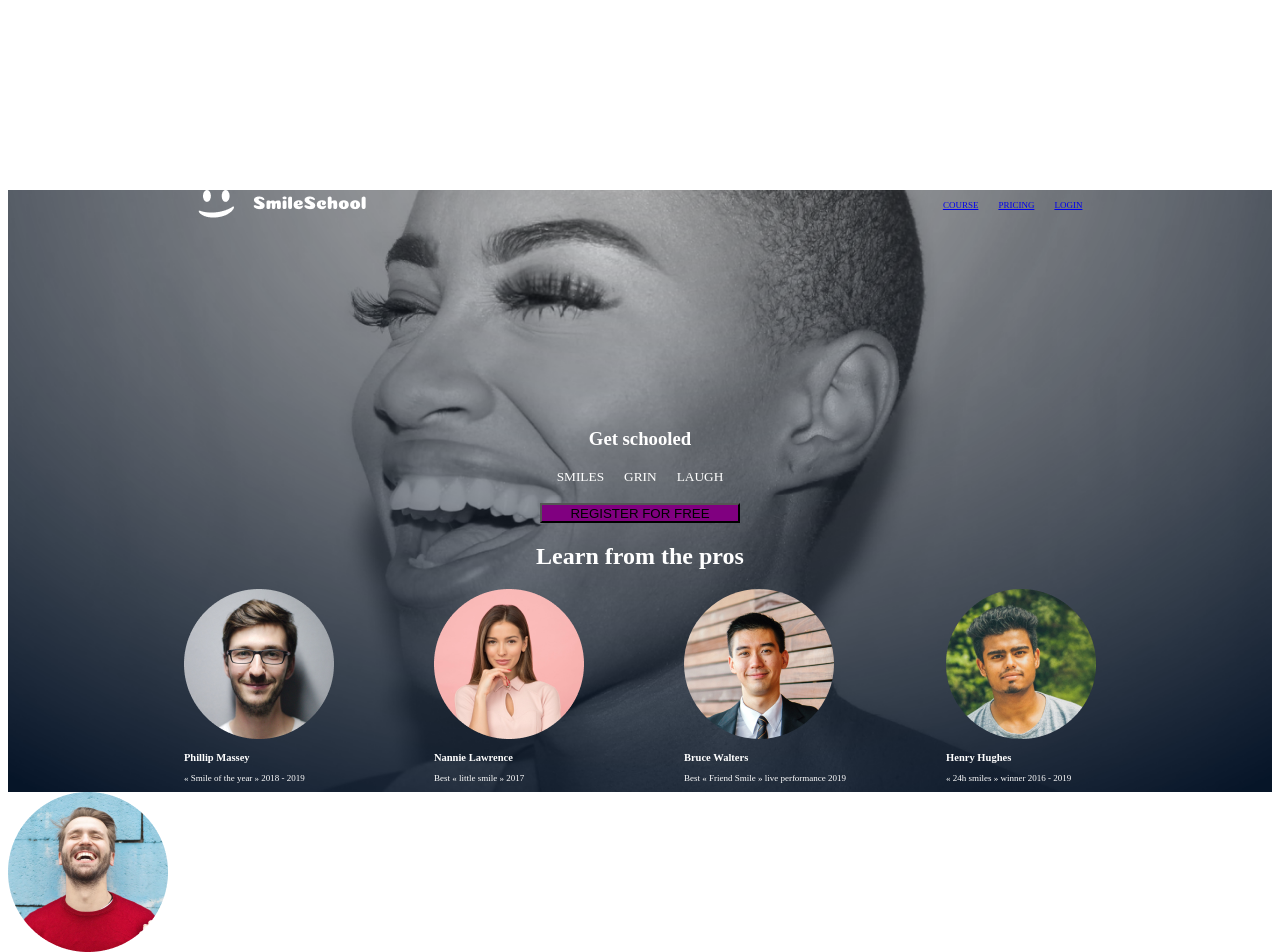
Repository: mwihakiann/alx_html_css
Page: css_advanced/index.html
The author's editor kept a copy of each file at every save. The page is drawn from the files as they stood at one save, then again after the next save.
The browser window is 1280 px wide. The pictures show the part of the page from y = 0 to 952 px (the page is 3642 px tall).
A picture or video elsewhere on the page could not be fetched, so the positions and the page height are approximate. Some web libraries are served in a nearby version.

Above is the page before, as saved 2025-09-28 18:16:50.

### css_advanced/index.html
<!DOCTYPE html>
<html lang="en">
<head>
  <meta charset="UTF-8">
  <meta name="viewport" content="width=device-width, initial-scale=1.0">
  <script src="https://kit.fontawesome.com/4a2b055604.js" crossorigin="anonymous"></script>
  <title>Document</title>
  <link rel="stylesheet" href="styles.css">
</head>
<body>
    <section class="first-page">
  <header>
    <nav>
      <img src="./images/logo.png" alt="logo">
      <ul>
        <li><a href="#">COURSE</a></li>
        <li><a href="#">PRICING</a></li>
        <li><a href="#">LOGIN</a></li>
      </ul>
    </nav>
  </header>

  <main>
    <section>
      <div class="intro">
        <h1>Get schooled</h1>
        <div class="horizontal-stack">
        <span>SMILES</span>
        <span>GRIN</span>
        <span>LAUGH</span>
        </div>
        <br>
        <button class="register">REGISTER FOR FREE</button>
      </div>
      <div class="learn-from-pros">
        <h2>Learn from the pros</h2>
        <div class="pros">
          <div>
            <img src="./images/1.png" alt="">
            <h3>Phillip Massey</h3>
            <p>« Smile of the year » 2018 - 2019</p>
          </div>
          <div>
            <img src="./images/3.png" alt="">
            <h3>Nannie Lawrence</h3>
            <p>Best « little smile » 2017</p>
          </div>
          <div>
            <img src="./images/2.png" alt="" class="bruce">
            <h3>Bruce Walters</h3>
            <p>Best « Friend Smile » live performance 2019</p>
          </div>
          <div>
            <img src="./images/4.png" alt="">
            <h3>Henry Hughes</h3>
            <p>« 24h smiles » winner 2016 - 2019</p>
          </div>
        </div>
      </div>
    </section>
</section>

    <section>
      <div>
        <img src="./images/5.png" alt="image">
      </div>
      <div>
        <blockquote>« Those tutorials are concise and go straight to the point. I can’t think of a better place to learn smiling. And it’s so fun!</blockquote>
        <h3>NAME</h3>
        <p>weather presenter</p>
      </div>
    </section>

    <section>
      <h2>Most popular tutorials</h2>

      <div class="tutorial-card">
        <img src="./images/9.png" alt="Diagonal Smile">
        <img src="./images/play.png" alt="play button" class="play-btn">
        <h3>Diagonal Smile</h3>
        <p>Lorem ipsum dolor sit amet, consect adipiscing elit, sed do eiusmod.</p>
        <div>
          <img src="./images/1 (3).png" alt="">
          <h4>Phillip Massey</h4>
        </div>
        <div>
          <div><i class="fa-solid fa-star"></i></div>
          <div><i class="fa-solid fa-star"></i></div>
          <div><i class="fa-solid fa-star"></i></div>
          <div><i class="fa-solid fa-star"></i></div>
          <div><i class="fa-solid fa-star"></i></div>
        </div>
        <p>8 min</p>
      </div>

      <div class="tutorial-card">
        <img src="./images/6.png" alt="Happy Smile">
        <img src="./images/play.png" alt="play button" class="play-btn">
        <h3>Happy Smile</h3>
        <p>Lorem ipsum dolor sit amet, consect adipiscing elit, sed do eiusmod.</p>
        <div>
          <img src="./images/1 (3).png" alt="">
          <h4>Phillip Massey</h4>
        </div>
        <div>
          <div><i class="fa-solid fa-star"></i></div>
          <div><i class="fa-solid fa-star"></i></div>
          <div><i class="fa-solid fa-star"></i></div>
          <div><i class="fa-solid fa-star"></i></div>
          <div><i class="fa-solid fa-star"></i></div>
        </div>
        <p>8 min</p>
      </div>

      <div class="tutorial-card">
        <img src="./images/8.png" alt="Natural Smile">
        <img src="./images/play.png" alt="play button" class="play-btn">
        <h3>Natural Smile</h3>
        <p>Lorem ipsum dolor sit amet, consect adipiscing elit, sed do eiusmod.</p>
        <div>
          <img src="./images/1.png" alt="">
          <h4>Phillip Massey</h4>
        </div>
        <div>
          <div><i class="fa-solid fa-star"></i></div>
          <div><i class="fa-solid fa-star"></i></div>
          <div><i class="fa-solid fa-star"></i></div>
          <div><i class="fa-solid fa-star"></i></div>
          <div><i class="fa-solid fa-star"></i></div>
        </div>
        <p>8 min</p>
      </div>

      <div class="tutorial-card">
        <img src="./images/7.png" alt="Sad Smile">
        <img src="./images/play.png" alt="play button" class="play-btn">
        <h3>Sad Smile</h3>
        <p>Lorem ipsum dolor sit amet, consect adipiscing elit, sed do eiusmod.</p>
        <div>
          <img src="./images/1.png" alt="">
          <h4>Phillip Massey</h4>
        </div>
        <div>
          <div><i class="fa-solid fa-star"></i></div>
          <div><i class="fa-solid fa-star"></i></div>
          <div><i class="fa-solid fa-star"></i></div>
          <div><i class="fa-solid fa-star"></i></div>
          <div><i class="fa-solid fa-star"></i></div>
        </div>
        <p>8 min</p>
      </div>
    </section>

    <section>
      <h2>Free membership</h2>
      <div>
        <img src="./images/smile.png" alt="">
        <h3>Lorem Ipsum</h3>
        <p>Lorem ipsum dolor sit amet, consectetur adipiscing elit.</p>
      </div>
      <div>
        <img src="./images/smile.png" alt="">
        <h3>Lorem Ipsum</h3>
        <p>Lorem ipsum dolor sit amet, consectetur adipiscing elit.</p>
      </div>
      <div>
        <img src="./images/smile.png" alt="">
        <h3>Lorem Ipsum</h3>
        <p>Lorem ipsum dolor sit amet, consectetur adipiscing elit.</p>
      </div>
      <div>
        <img src="./images/smile.png" alt="">
        <h3>Lorem Ipsum</h3>
        <p>Lorem ipsum dolor sit amet, consectetur adipiscing elit.</p>
      </div>
      <button>REGISTER FOR FREE</button>
    </section>

    <section>
      <h2>F.A.Q</h2>
      <div>
        <div>
          <div>
            <h3>How does this work?</h3>
          </div>
          <div>
            Lorem ipsum dolor sit amet, consectetur adipiscing elit, sed do eiusmod tempor incididunt ut labore et dolore magna aliqua.
          </div>

          <div>
            <h3>How does this work?</h3>
          </div>
          <div>
            Lorem ipsum dolor sit amet, consectetur adipiscing elit, sed do eiusmod tempor incididunt ut labore et dolore magna aliqua.
          </div>
        </div>
        <div>
          <div>
            <h3>How does this work?</h3>
          </div>
          <div>
            Lorem ipsum dolor sit amet, consectetur adipiscing elit, sed do eiusmod tempor incididunt ut labore et dolore magna aliqua.
          </div>
          <div>
            <h3>How does this work?</h3>
          </div>
          <div>
            Lorem ipsum dolor sit amet, consectetur adipiscing elit, sed do eiusmod tempor incididunt ut labore et dolore magna aliqua.
          </div>
        </div>
      </div>
    </section>
  </main>

  <footer>
    <section>
      <div>
        <img src="./images/logo.png" alt="logo">
        <div>
          <i class="fa-brands fa-facebook"></i>
          <i class="fa-brands fa-twitter"></i>
          <i class="fa-brands fa-instagram"></i>
        </div>
      </div>
      <p>©smileschool 2020</p>
    </section>
  </footer>
</body>
</html>

### css_advanced/styles.css
body{
    color: white;
}
nav ul{
    display: flex;
    gap: 20px;
    list-style: none;
    color: white;
    text-decoration: none;
}
nav{
    display: flex;
    justify-content: space-between;
    align-items: center;
    margin: 15%;
    font-size: xx-small;
}
.first-page{
    background-image: url(./images/Object.png);
    background-size: cover;
    background-position: center;
    color: white;
}
.intro{
    display: flex;
    flex-direction: column;
    justify-content: center;
    align-items: center;
    gap: 0;
}
h1{
    font-size: 40;
}
.register{
    background-color: purple;
    width: 200px;
    height:20px;
    border-: 50%;
    gap: 100px;
}
.learn-from-pros{
    display: flex;
    flex-direction: column;
    justify-content: center;
    align-items: center;
    font-size: medium;
}
.pros{
    display: flex;
    font-size:xx-small;
    gap: 100px;
}
.bruce{
    width: 150px;
    height: 150px;
    border-radius: 50%;
    object-fit: cover;
}
.horizontal-stack{
   display: flex;
    gap: 20px;
    font-size: smaller;
}
.tutorial-card {
    position: relative;
    display: inline-block;
    margin: 20px;
  }

  .tutorial-card img {
    display: block;
  }

  .tutorial-card .play-btn {
    position: absolute;
    top: 50px;
    left: 50%;
    transform: translateX(-50 -50%);
    width: 50px;
    height: 50px;
    pointer-events: none;
  }

After the next save:
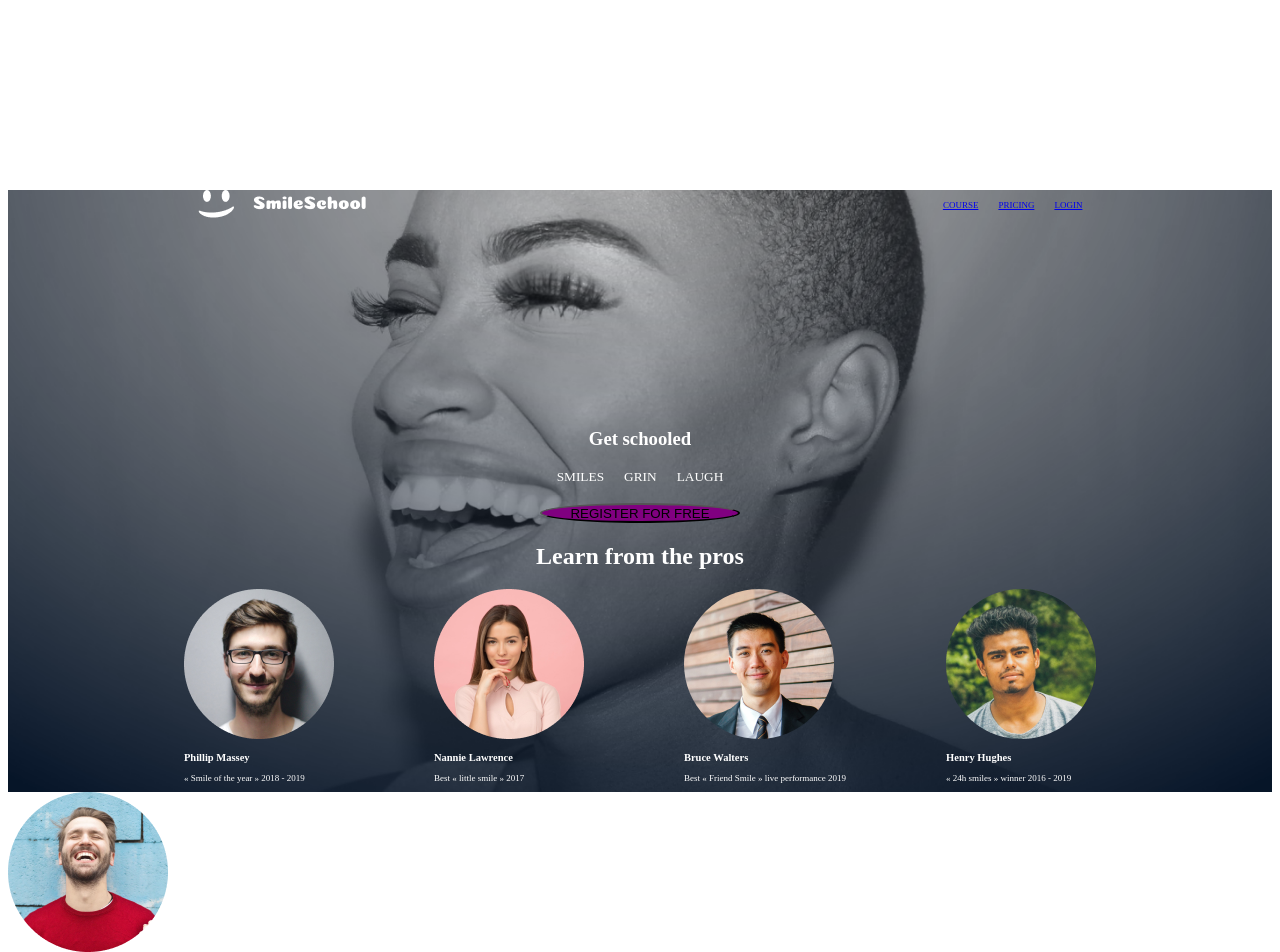
Saved 4 s later.
--- a/css_advanced/styles.css
+++ b/css_advanced/styles.css
@@ -35,7 +35,7 @@ h1{
     background-color: purple;
     width: 200px;
     height:20px;
-    border-: 50%;
+    border-radius: 50%;
     gap: 100px;
 }
 .learn-from-pros{
